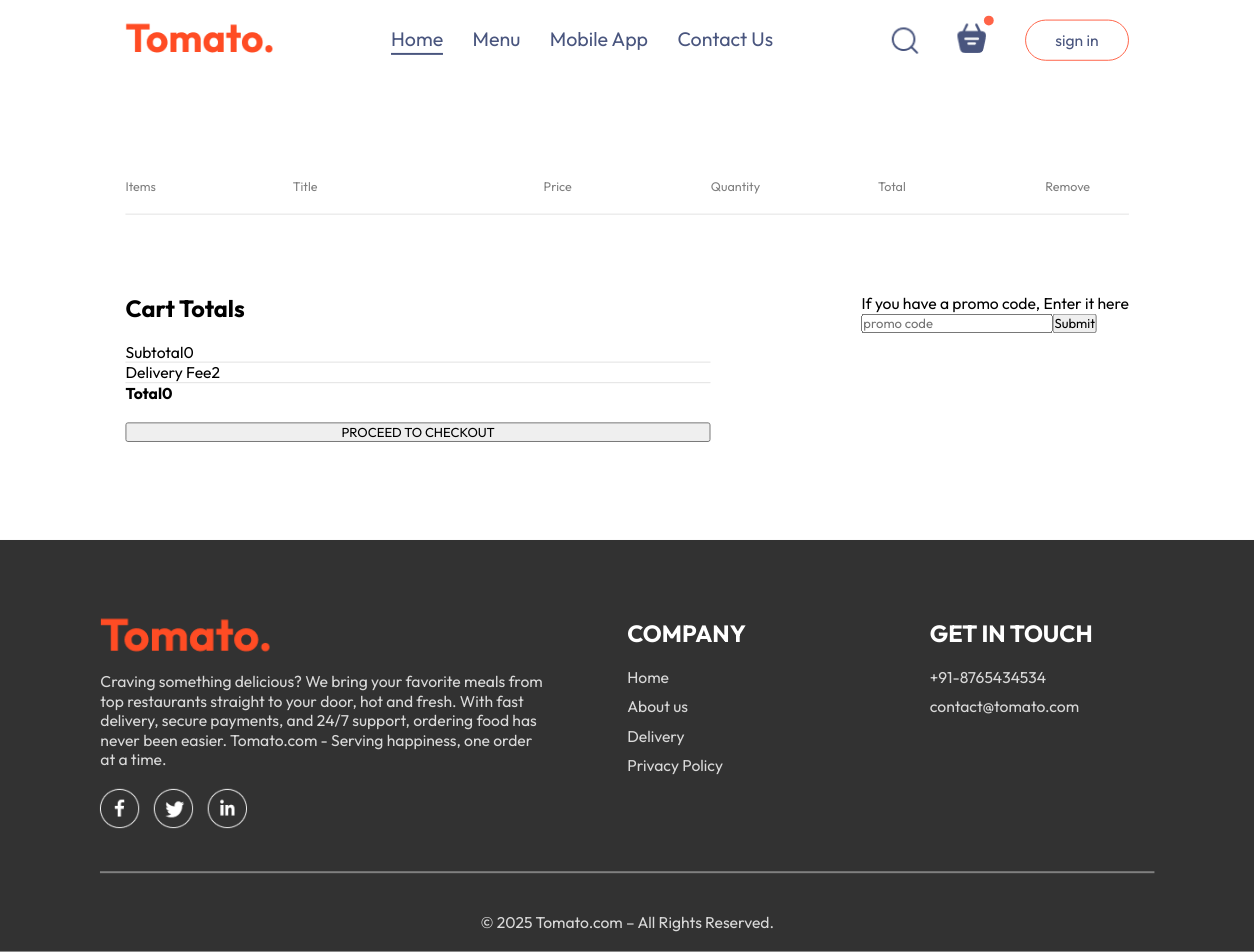
Repository: esakkiraj8104/FOOD_ORDER1
Page: /cart
These files come from the project's save history. The page is drawn as it stood at one moment and after a run of saves; the edit follows.
The browser window is 1280 px wide. The pictures show the whole page, at 98% of full size.
The project was rebuilt for these pictures with package versions that can differ from the ones it lists, and the page was loaded fresh each time. Also part of the build but not shown: vite.config.js, src/components/Navbar/Header/Haeder.css, src/components/Navbar/Header/Header.jsx, src/components/Navbar/ExploreMenu/ExploreMenu.css, src/components/Navbar/ExploreMenu/ExploreMenu.jsx, src/components/Navbar/FoodDisplay/FoodDisplay.css, src/components/Navbar/FoodItem/FoodItem.css, src/components/Navbar/FoodItem/FoodItem.jsx and 6 more. Imported but missing from the stored project, and not drawn on this page: src/pages/PlaceOrder/PlaceOrder.

Above is the page before, as saved 2025-05-20 18:56:36.

After the next 6 saves:
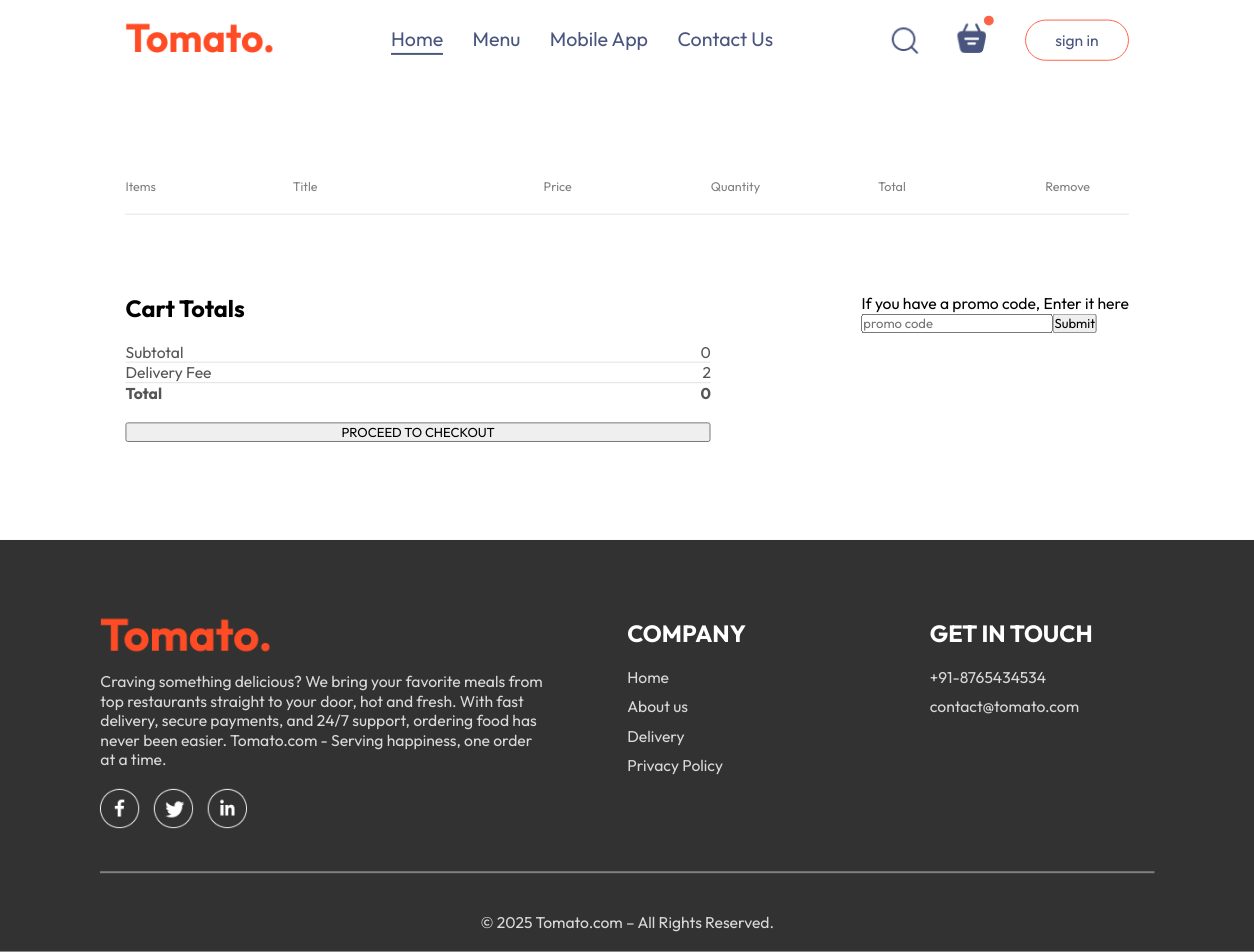
The 6 saves are shown as one change because they came seconds apart.
The last was saved 19 s later.
--- a/src/pages/Cart/Cart.css
+++ b/src/pages/Cart/Cart.css
@@ -38,5 +38,6 @@
 }
 .cart-total-details{
     display: flex;
-    justify-content: ;
+    justify-content:space-between;
+    color: #555;
 }
